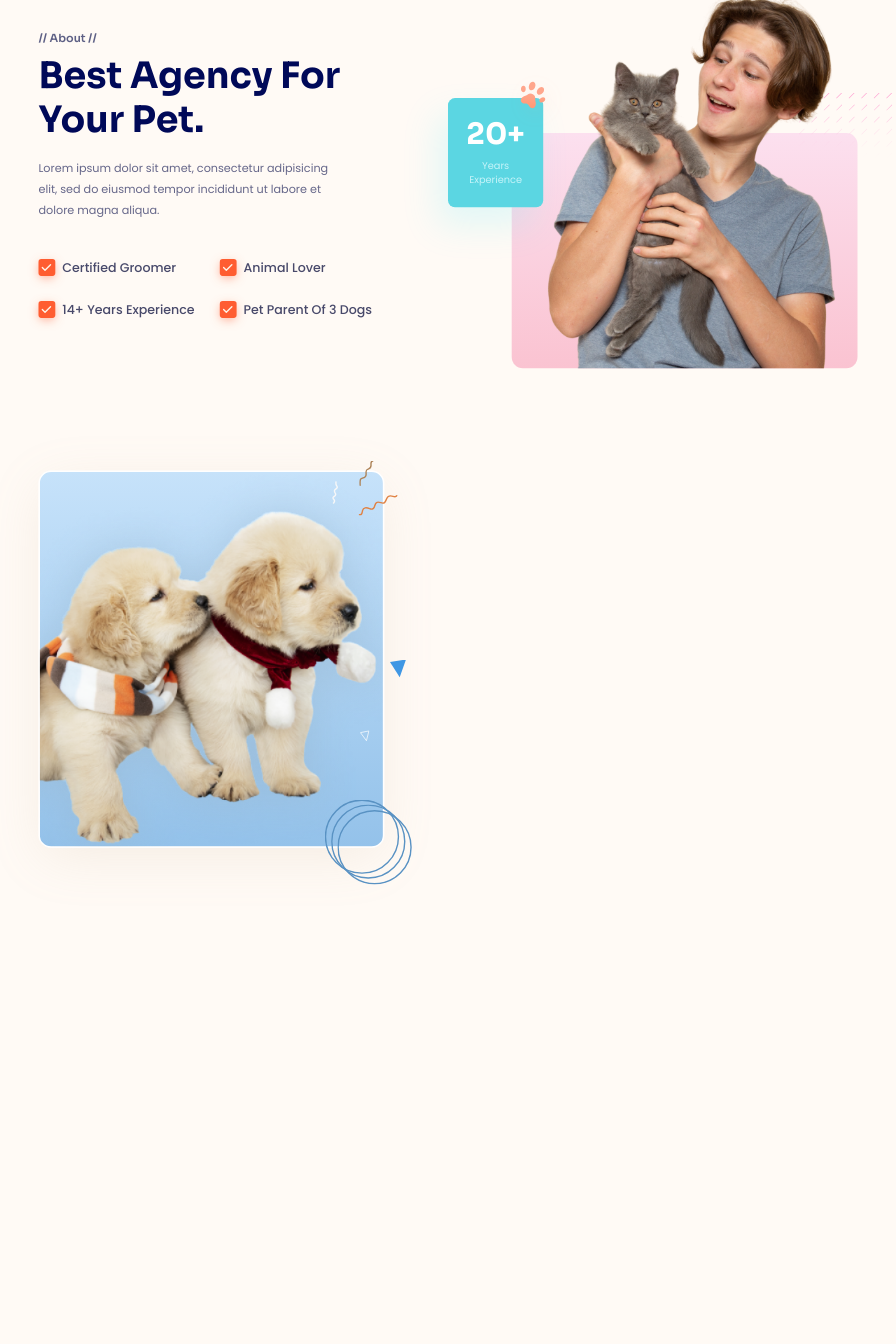
Repository: anhtien111198/f8-htmlcss-04
Page: index.html
These files come from the project's save history. The page is drawn as it stood at one moment and after the next save; the edit follows.
The browser window is 1280 px wide. The pictures show the part of the page from y = 923 to 2843 px (the page is 5000 px tall), at 70% of full size.

Above is the page before, as saved 2023-05-18 14:59:34.

After the next save:
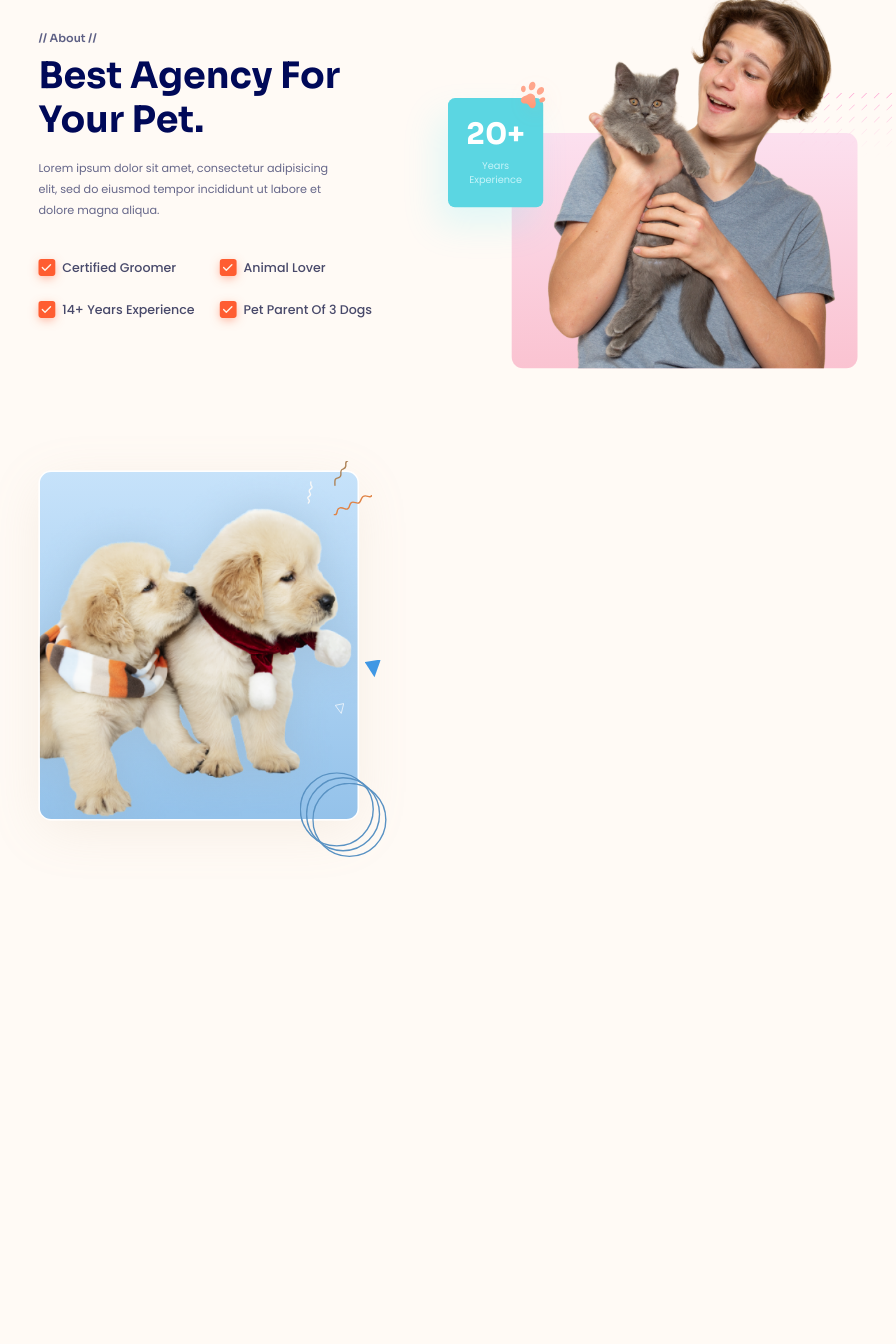
Saved 76 s later.
--- a/assets/css/style.css
+++ b/assets/css/style.css
@@ -367,6 +367,7 @@ select {
     z-index: -1;
 }
 .about__img-wrap-bottom {
+    width: 458px;
     background: linear-gradient(180deg, #c6e2fa 0%, #94c2ea 100%);
     border: 2px solid #ffffff;
     box-shadow: 0px 17px 77px -8px rgba(190, 165, 139, 0.17);
